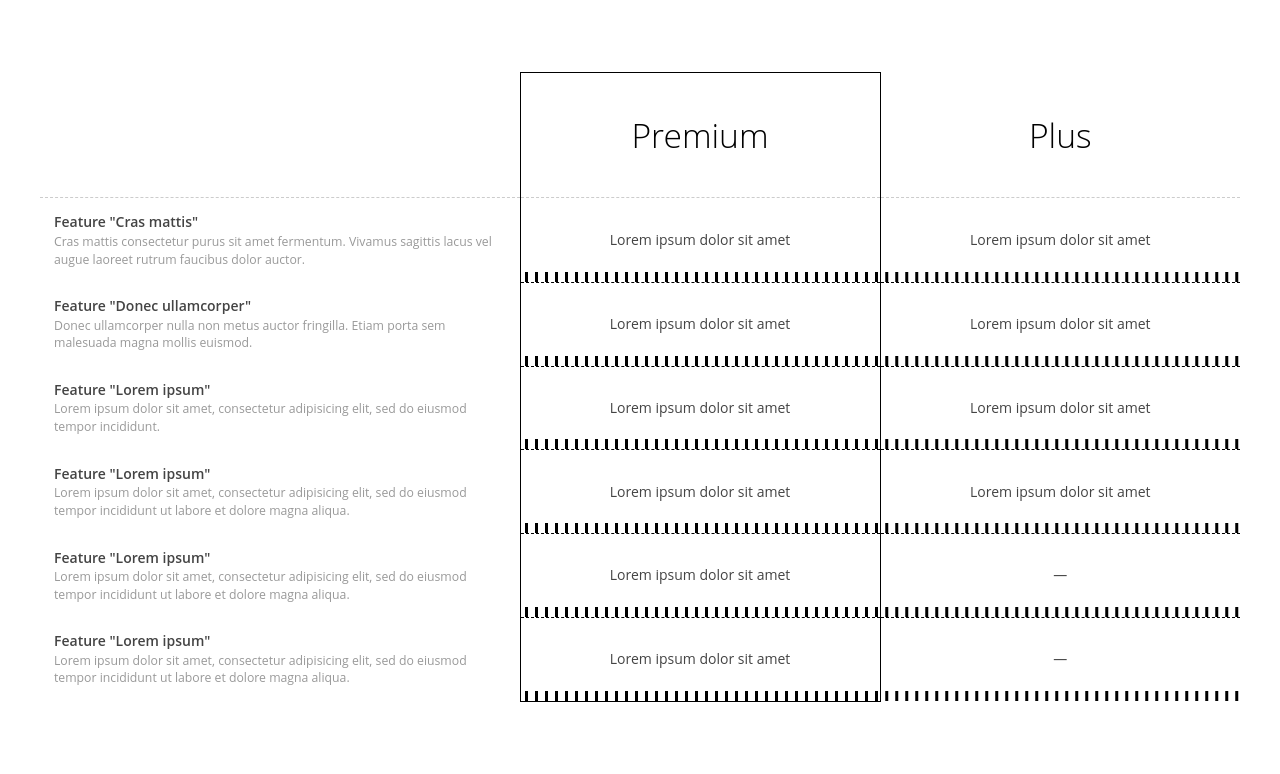
Repository: darlino/gotyu_shopify_section
Page: gotyu_table210223/index.html
The author's editor kept a copy of each file at every save. The page is drawn from the files as they stood at one save, then again after a run of saves.
The browser window is 1280 px wide. The pictures show the whole page.

Above is the page before, as saved 2023-02-21 13:01:55.

After the next 2 saves:
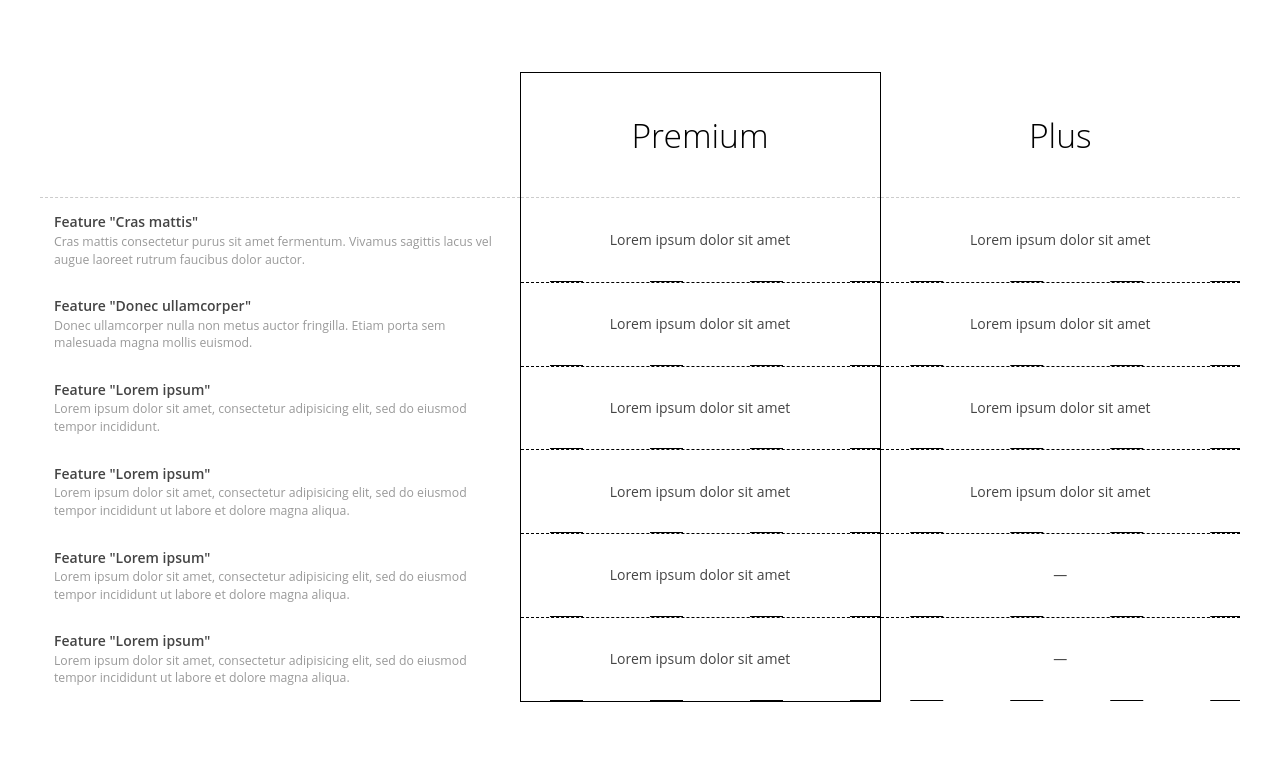
The 2 saves are shown as one change because they came seconds apart.
The last was saved 8 s later.
--- a/gotyu_table210223/style.css
+++ b/gotyu_table210223/style.css
@@ -126,7 +126,7 @@ tbody td {
     rgba(255, 255, 255, 0) 0%
   );
   background-position: bottom;
-  background-size: 10px 10px;
+  background-size: 100px 1px;
   background-repeat: repeat-x;
 }
 
